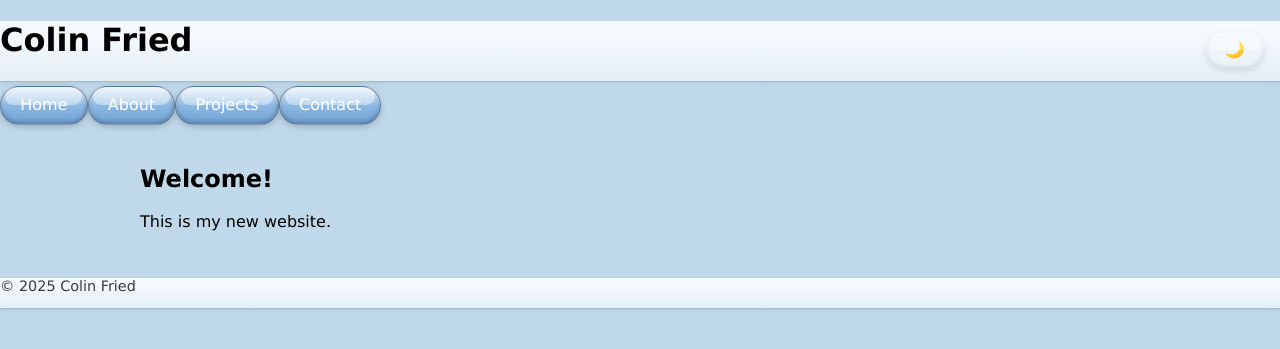
Repository: colinfdsaui/colin
Page: website.html
The author's editor kept a copy of each file at every save. The page is drawn from the files as they stood at one save, then again after the next save.
The browser window is 1280 px wide. The pictures show the whole page.

Above is the page before, as saved 2025-07-09 09:22:51.

### website.html
<!DOCTYPE html>
<html lang="en">
<head>
  <meta charset="UTF-8"/>
  <meta name="viewport" content="width=device-width, initial-scale=1.0"/>
  <title>My Website</title>

  <!-- Styles -->
  <link rel="stylesheet" href="styles.css"/>

  <!-- Site JS (deferred) -->
  <script src="scripts/main.js" defer></script>

  <!-- Global MathJax config -->
  <script>
    window.MathJax = {
      tex: {
        inlineMath: [['$', '$'], ['\\(', '\\)']],
        displayMath: [['\\[', '\\]'], ['$$', '$$']],
        processEscapes: true
      },
      svg: { fontCache: 'global' }
    };
  </script>
  <!-- Load MathJax v3 -->
  <script src="https://cdn.jsdelivr.net/npm/mathjax@3/es5/tex-svg.js" defer></script>
</head>

<body>
  <!-- Header / Nav -->
  <header>
    <h1>Colin Fried</h1>
</header>
    <nav>
      <ul class="nav-links">
        <li><a class="active" href="website.html">Home</a></li>
        <li><a href="about.html">About</a></li>
        <li><a href="projects.html">Projects</a></li>
        <li><a href="test.html">Contact</a></li>
      </ul>
      <button id="theme-toggle" aria-label="Toggle dark mode">🌙</button>
    </nav>

  <!-- Main Content -->
  <main>
    <section id="hero">
      <h2>Welcome!</h2>
      <p>This is my new website.</p>
    </section>
  </main>

  <!-- Footer -->
  <footer>
    <p>© 2025 Colin Fried</p>
  </footer>
</body>
</html>

### styles.css
/* ====================
   Global & layout
   ==================== */

/* 1) Define your palette once, at the top of your main stylesheet */
/* ─── Light (default) ───────────────────────────────────────────────────────── */
:root {
  --color-bg-primary:      #c0d9ea;
  --color-bg-secondary:    #e3eff7;
  --color-bg-highlight:    #fffffd;
  --color-accent:          #8db9e3;
  --color-accent-dark:     #6b8cb4;
  --color-text-primary:    #000000;
  --color-text-secondary:  #3b3b3b;
  --color-text-inverse:    #ffffff;
  --color-border:          #a0c0d2;
  --color-shadow:          rgba(0,0,0,0.1);
  --btn-grad-top:       rgba(255,255,255,0.8);  /* glossy highlight */
  --btn-grad-mid:       rgba(141,185,227,0.9);  /* mid‑tone Aqua */
  --btn-grad-bottom:    rgba(110,160,210,1);    /* deeper base */
  /* lighter highlight shadow */
  --color-shadow-light:  rgba(255,255,255,0.6);
  /* darker inset on hover */
  --color-shadow-hover:  rgba(0,0,0,0.3);
  /* darker inset on active */
  --color-shadow-active: rgba(0,0,0,0.2);
}

/* ─── Dark theme overrides ──────────────────────────────────────────────────── */
html[data-theme="dark"] {
  /* Deep “ocean” base */
  --color-bg-primary:      #1f2933;   /* midnight‑blue with teal hint */
  /* Slightly lighter panels & surfaces */
  --color-bg-secondary:    #273645;
  --color-bg-highlight:    #2e3d55;   /* subtle lift for cards/panels */

  /* Aqua‐accent pops */
  --color-accent:          #3fa9f5;   /* sky‑blue */
  --color-accent-dark:     #1e70c7;   /* rich sapphire */

  /* Text tones */
  --color-text-primary:    #d7e7f1;   /* pale ice */
  --color-text-secondary:  #9cb4cc;   /* muted steel blue */
  --color-text-inverse:    #000000;   /* for accent on bright buttons */

  /* Borders & dividers */
  --color-border:          #3a4a5f;   /* faded charcoal */

  /* Shadows */
  --color-shadow:          rgba(0,0,0,0.6); /* deeper shadow for depth */
  --btn-grad-top:       rgba(255,255,255,0.2);  /* subtler highlight */
  --btn-grad-mid:       var(--color-accent);    /* use your dark accent */
  --btn-grad-bottom:    var(--color-accent-dark);
  --color-shadow-light:  rgba(255,255,255,0.3);
  --color-shadow-hover:  rgba(0,0,0,0.5);
  --color-shadow-active: rgba(0,0,0,0.4);
}


#theme-toggle {
  position: fixed;
  top: 2rem;
  right: 1rem;
  background: transparent;
  border: none;
  font-size: 1rem;
  cursor: pointer;
  color: var(--color-text-primary);
}

body {
  margin:            0;
  padding:           0;
  font-family:       "Lucida Grande", -apple-system, BlinkMacSystemFont, sans-serif;
  background-color:  var(--color-bg-primary);
  color:             var(--color-text-primary);
}

/* Header & Footer with gradient, borders & shadow */
header,
footer {
  background-color:  var(--color-bg-secondary);
  background-image:  linear-gradient(
                       to bottom,
                       rgba(255,255,255,0.8),
                       var(--color-bg-secondary)
                     );
  background-repeat: no-repeat;
  background-size:   cover;
  border-bottom:     1px solid var(--color-border);
  box-shadow:        0 1px 3px var(--color-shadow);
}

nav ul {
  list-style-type: none;
  margin: 0;
  padding: 0;
  display: flex;
  justify-content: left;
}

main {
  padding:    1rem;
  max-width:  1000px;
  margin:     auto;
}

footer {
  font-size:    0.9rem;
  color:        var(--color-text-secondary);
}

/* ====================
   Links as Buttons
   ==================== */

/* Turn every <a> into a button */
a {
  display:          inline-block;
  padding:          0.5em 1em;
  margin:           0.25em 0;
  background-color: var(--color-accent);
  color:            var(--color-text-inverse);
  text-decoration:  none;
  border:           1px solid var(--color-accent-dark);
  border-radius:    4px;
  font-family:      inherit;
  font-size:        1rem;
  line-height:      1.2;
  cursor:           pointer;
  box-shadow:       0 1px 2px var(--color-shadow);
  transition:       background-color 0.2s ease,
                    transform        0.1s ease;
}

/* ====================
   Aqua‑style pill buttons for <a>
   ==================== */
a {
  /* Reset/link basics */
  display:          inline-block;
  position:         relative;      /* for ::before */
  text-decoration:  none;
  color:            var(--color-text-inverse);
  font-family:      inherit;
  font-size:        1rem;
  line-height:      1.5;
  padding:          0.4em 1.2em;   /* taller for pill shape */
  margin:           0.25em 0;

  /* Pill shape + border */
  border-radius:    9999px;
  border:           1px solid rgba(75, 93, 132, 0.6);

  /* Gradient background: top → mid → bottom */
  background-image:
    linear-gradient(
      to bottom,
      rgba(255,255,255,0.8) 0%,       /* bright top */
      rgba(141,185,227,0.9) 50%,      /* mid‑blue */
      rgba(110,160,210,1) 100%        /* darker bottom */
    );

  /* Depth: inner shadow + outer glow */
  box-shadow:
    inset 0 1px 1px rgba(255,255,255,0.6),   /* light inner highlight */
    inset 0 -2px 4px rgba(0,0,0,0.2),        /* dark inner shadow */
    0 2px 6px rgba(0,0,0,0.2);               /* outer drop shadow */

  cursor:           pointer;
  transition:       transform 0.1s ease,
                    box-shadow 0.2s ease;
}

/* the glossy “shine” stripe */
a::before {
  content: "";
  position: absolute;
  top:    4%;
  left:   5%;
  width:  90%;
  height: 45%;
  border-radius: inherit;
  background: rgba(255, 255, 255, 0.4);
}

/* hover / focus lift */
a:hover,
a:focus {
  transform: translateY(-1px);
  box-shadow:
    inset 0 1px 1px rgba(255,255,255,0.6),
    inset 0 -2px 4px rgba(0,0,0,0.3),
    0 4px 8px rgba(0,0,0,0.25);
}

/* active (pressed‑in) state */
a:active {
  transform: translateY(0);
  box-shadow:
    inset 0 1px 2px rgba(0,0,0,0.2),
    0 1px 3px rgba(0,0,0,0.15);
}

/* ====================
   Global Button Styles (apply to every <button>)
   ==================== */
button {
  background-image:
    linear-gradient(
      to bottom,
      var(--btn-grad-top)    0%,
      var(--btn-grad-mid)    50%,
      var(--btn-grad-bottom) 100%
    );
  color:            var(--color-text-inverse);
  border:           1px solid var(--color-accent-dark);
  border-radius:    9999px;
  padding:          0.4em 1.2em;
  font-family:      inherit;
  font-size:        1rem;
  line-height:      1.5;
  cursor:           pointer;
  position:         relative;
  box-shadow:
    inset 0 1px 1px var(--color-shadow-light),
    inset 0 -2px 4px var(--color-shadow),
    0 2px 6px var(--color-shadow);
  transition:       transform 0.1s ease, box-shadow 0.2s ease;
}

button::before {
  content: "";
  position: absolute;
  top:    4%;
  left:   5%;
  width:  90%;
  height: 45%;
  border-radius: inherit;
  background:       var(--btn-grad-top);
  opacity:          0.4;
}

button:hover,
button:focus {
  transform: translateY(-1px);
  box-shadow:
    inset 0 1px 1px var(--color-shadow-light),
    inset 0 -2px 4px var(--color-shadow-hover),
    0 4px 8px var(--color-shadow);
}

button:active {
  transform: translateY(0);
  box-shadow:
    inset 0 1px 2px var(--color-shadow-active),
    0 1px 3px var(--color-shadow);
}

.panel {
  background-color: var(--color-bg-highlight);
  border:           1px solid var(--color-border);
  padding:          1em;
  border-radius:    6px;
}

/* ====================
   Flipbook container (existing)
   ==================== */
#flipbook,
#flipbook-wrapper {
  width:       800px;
  height:      600px;
  margin:      2rem auto;
  overflow:    hidden;
  background:  var(--color-bg-primary);
  border:      1px solid var(--color-border);
  box-shadow:  0 2px 4px var(--color-shadow);
}

/* scoped only to that instance */
#flipbook-wrapper.custom-bg #flipbook {
  background: url("pages/dust_jacket_front.png");
  background-size: contain;
}


#flipbook .page {
  width:         50%;
  height:        100%;
  float:         left;
  overflow:      hidden;
  background:    var(--color-bg-highlight);
  border-right:  1px solid var(--color-border);
  border: 1px solid rgba(0, 0, 0, 0.05); /* soft edge */
}

#flipbook .page.dummy {
  background: empty;
  pointer-events: none;
}

#flipbook .page img {
  width:       100%;
  height:      100%;
  object-fit:  scale;
  transition:  transform 0.3s ease;
}

/* Zoomed page image */
#flipbook .page img.zoomed {
  transform: scale(2);
  cursor:    zoom-out;
}

/* Full-screen zoom modal */
#zoom-modal {
  display:         none;
  position:        fixed;
  inset:           0;
  background:      rgba(0, 0, 0, 0.8);
  z-index:         9999;
  align-items:     center;
  justify-content: center;
  overflow:        auto;
}

#zoom-modal img {
  width:       150%;
  height:      150%;
  transform:   translate(-15%);
  object-fit:  contain;
}

.flipbook-controls {
  display:        flex;
  justify-content: center;  /* center items horizontally */
  align-items:    center;    /* center items vertically */
  flex-wrap:      wrap;      /* allow items to wrap onto multiple lines */
  gap:            0.5rem;    /* space between items */
  margin:         1rem 0;    /* optional vertical spacing around the controls */
}

/* Optional: normalize spacing on every direct child (buttons, inputs, labels) */
.flipbook-controls > * {
  margin: 0.25rem;
}

/* ── Shelf Container ───────────────────────────────────────────────────────── */
.shelf {
  position:       relative;
  padding-bottom: 3rem;  /* room for the plank thickness + shadow */
  margin:         2rem 0;
  perspective:    200px; /* optional for subtle depth */
}

/* Front plank face */
.shelf::before {
  content:        "";
  position:       absolute;
  bottom:         0;
  left:           0%;
  width:          101%;
  height:         1.5rem;   /* thickness of the shelf */
  background:     var(--color-accent-dark);
  border-radius:  2px 2px 6px 6px;
  box-shadow:
    0 2px 4px rgba(0,0,0,0.3),    /* cast shadow below */
    inset 0 2px 4px rgba(255,255,255,0.2); /* light highlight at top edge */
  z-index:        1;
}

/* ── Shelf Plank ───────────────────────────────────────────────────────────── */
.shelf::after {
  content:        "";
  position:       absolute;
  bottom:         1.5rem;  /* sit directly on top of ::before */
  left:           0.5%;
  width:          100%;
  height:         0.5rem;  /* the “lid” thickness */
  background:     linear-gradient(
                    to bottom,
                    rgba(255,255,255,0.6),
                    var(--color-accent)
                  );
  border-radius:  6px 6px 0 0;
  box-shadow:
    inset 0 -1px 2px rgba(0,0,0,0.2); /* subtle inner shadow */
  z-index:        2;
}
/* ── Cover Gallery ─────────────────────────────────────────────────────────── */
.book-grid {
  display:            grid;
  grid-template-columns: repeat(auto-fill, minmax(160px, 1fr));
  gap:                1rem 2rem;
  padding:            2rem;
  justify-items:      center;
  z-index:  1;
}

.book-item {
  display:            flex;
  flex-direction:     column;
  align-items:        center;
  text-decoration:    none;
  color:              var(--color-text-primary);
  transition:         transform 0.2s ease, box-shadow 0.2s ease;
  background:      none !important;
  border:          none !important;
  box-shadow:      none !important;
  padding:         0 !important;
  position:        static !important;  /* neutralize position:relative */
  margin-bottom:  -3rem;     /* pulls the image down onto the shelf */
  transition:     transform 0.2s ease;
}
/* Remove the glossy pseudo‑element */
.book-item::before {
  content:        none !important;
}

.book-item img {
  width:              100%;
  height:             auto;
  max-height:         250px; /* adjust to preference */
  object-fit:         cover;
  border:             1px solid var(--color-border);
  box-shadow:         0 8px 8px rgba(0,0,0,0.1);
  border-radius:      5px;
}

.book-item .book-title {
  margin-top:         0.5rem;
  font-size:          0.9rem;
  text-align:         center;
}

.book-item:hover {
  transform:          translateY(-4px);
  box-shadow:         0 8px 16px rgba(0,0,0,0.15);
  transform: translateY(-4px);
  transform: scale(1.1);
  z-index: 10;
}

### scripts/main.js
// main.js

document.addEventListener('DOMContentLoaded', () => {
  const btn  = document.getElementById('theme-toggle');
  const root = document.documentElement;

  // On load, apply saved theme
  if (localStorage.getItem('theme') === 'dark') {
    root.setAttribute('data-theme', 'dark');
    btn.textContent = '☀️';
  }

  btn.addEventListener('click', () => {
    const isDark = root.getAttribute('data-theme') === 'dark';

    if (isDark) {
      root.removeAttribute('data-theme');
      localStorage.removeItem('theme');
      btn.textContent = '🌙';
    } else {
      root.setAttribute('data-theme', 'dark');
      localStorage.setItem('theme', 'dark');
      btn.textContent = '☀️';
    }
  });
});

After the next save:
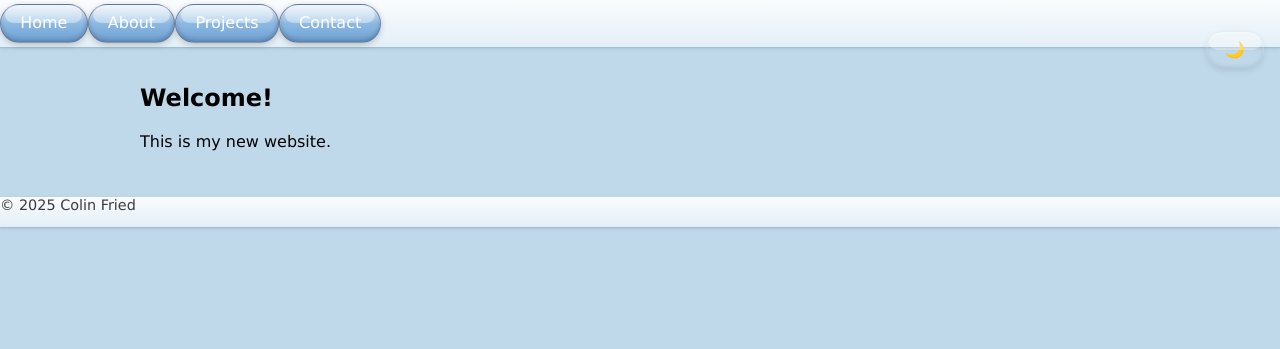
Saved 23 s later.
--- a/website.html
+++ b/website.html
@@ -29,17 +29,17 @@
 <body>
   <!-- Header / Nav -->
   <header>
-    <h1>Colin Fried</h1>
+
+    <nav>
+        <ul class="nav-links">
+            <li><a class="active" href="website.html">Home</a></li>
+            <li><a href="about.html">About</a></li>
+            <li><a href="projects.html">Projects</a></li>
+            <li><a href="test.html">Contact</a></li>
+        </ul>
+        <button id="theme-toggle" aria-label="Toggle dark mode">🌙</button>
+    </nav>
 </header>
-    <nav>
-      <ul class="nav-links">
-        <li><a class="active" href="website.html">Home</a></li>
-        <li><a href="about.html">About</a></li>
-        <li><a href="projects.html">Projects</a></li>
-        <li><a href="test.html">Contact</a></li>
-      </ul>
-      <button id="theme-toggle" aria-label="Toggle dark mode">🌙</button>
-    </nav>
 
   <!-- Main Content -->
   <main>
